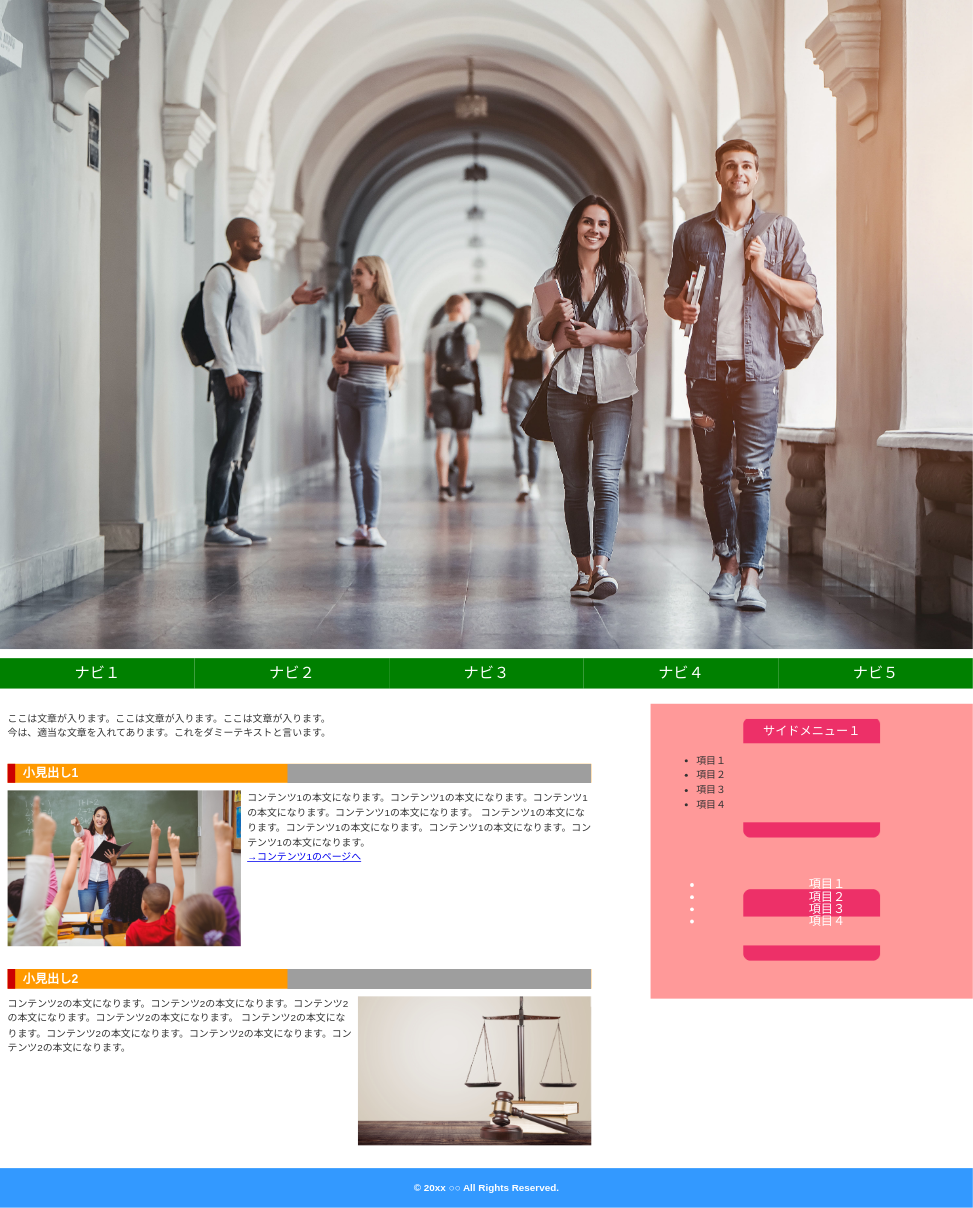
Repository: Takumi-Sashiki/samurai_HTML-CSS
Page: samurai/home.html
The author's editor kept a record of every edit. The page is drawn from the files as they stood at one moment, then again after the next edit.
The browser window is 1280 px wide. The pictures show the whole page, at 76% of full size.
Pictures or frames that could not be fetched are drawn as grey boxes.

Above is the page before.

### samurai/home.html
<!DOCTYPE html>
<html long="ja">
    <head>
        <meta charset="UTF-8">
        <title>HTML/CSSの学習</title>
        <link rel="stylesheet" href="stylesheet.css">
    </head>
    <body>
        <div id="header">
            <h1><a href="index.html"><img id="corridor" src="images/corridor.jpg" alt="大学の廊下" /></a></h1>
        </div>
        <div id="wrapper">
            <div id="nav">
                <ul>
                    <li><a href="home.html">ナビ１</a></li>
                    <li><a href="#">ナビ２</a></li>
                    <li><a href="#">ナビ３</a></li>
                    <li><a href="#">ナビ４</a></li>
                    <li><a href="#">ナビ５</a></li>
                </ul>
            </div>
            <div id="container">
                <div id="main">
                    <div class="post">
                        <p>ここは文章が入ります。ここは文章が入ります。ここは文章が入ります。<br />今は、適当な文章を入れてあります。これをダミーテキストと言います。</p>
                    </div>
                    <div class="post clearfix">
                        <h2>小見出し1</h2>
                        <img class="left" src="images/classroom.jpg" alt="授業風景" />
                        <p>
                            コンテンツ1の本文になります。コンテンツ1の本文になります。コンテンツ1の本文になります。コンテンツ1の本文になります。
                            コンテンツ1の本文になります。コンテンツ1の本文になります。コンテンツ1の本文になります。コンテンツ1の本文になります。
                        </p>
                        <p><a href="#">→コンテンツ1のページへ</a></p>
                    </div>
                    <div class="post clearfix">
                        <h2>小見出し2</h2>
                        <img class="right" src="images/scale.jpg" alt="天秤" />
                        <p>
                            コンテンツ2の本文になります。コンテンツ2の本文になります。コンテンツ2の本文になります。コンテンツ2の本文になります。
                            コンテンツ2の本文になります。コンテンツ2の本文になります。コンテンツ2の本文になります。コンテンツ2の本文になります。
                        </p>
                    </div>
                </div>
            </div>
            <div id ="side">
                <div class="box">
                    <h2>サイドメニュー１</h2>
                    <div class="boxbody">
                        <ul>
                            <li>項目１</li>
                            <li>項目２</li>
                            <li>項目３</li>
                            <li>項目４</li>
                        </ul>
                    </div>
                </div>
                <div class="box">
                    <h2>
                        <div class="boxbody">
                            <ul>
                                <li>項目１</li>
                                <li>項目２</li>
                                <li>項目３</li>
                                <li>項目４</li>
                            </ul>
                        </div>
                </div>
            </div>
        </div>
        <div id="footer">
            <p>&copy; 20xx ○○ All Rights Reserved.</p>
        </div>
    </body>
</html>

### samurai/stylesheet.css
@charset "utf-8";

body {
	margin: 0;
	padding: 0;
	font-family: "ヒラギノ角ゴ Pro W3", "Hiragino Kaku Gothic Pro", "メイリオ", Meiryo, Osaka, "ＭＳ Ｐゴシック", "MS PGothic", sans-serif;
	color: #333;
	font-size: 13px;
	line-height: 150%;
}

/* -------------------- wrapper -------------------- */
#wrapper {
	width: 100%;
	margin: auto;
	padding: 0px;
	border: 0px;
	background-color: #FFF;
	top: 10px;
	position: relative;
}

  /*-----header------*/
#header {
  	width: 100%;
}
#header h1 {
  	margin: 0;
  	padding: 0;
}

#corridor {
  	width: 100%;
  	height: auto;
}

  /*------footer------*/
#footer {
  	clear: both;
  	width: 100%;
  	padding: 3px 0 3px 0;
  	background: #39F;
  	color: #FFF;
  	font-weight: bold;
  	text-align: center;
}

/*--------nav------*/
#nav {
	width: 100%;
}
#nav ul {
	display: flex;
	margin: 0;
	padding: 0;
	list-style-type: none;
}
#nav ul li {
	float: left;
	width: 20%;
	text-align: center;
}
#nav ul li a {
	display: block;
	height: 20px;
	margin: 0;
	padding: 10px;
	color: #FFF;
	font-size: 20px;
	text-decoration: none;
	background-color: green;
}

#nav ul li a:hover {
	filter: drop-shadow(10px 10px 10px black);
}

/*--------container-------*/
#container {
	width: 100%;
	margin: auto ;
	padding: auto;
	padding-top: 20px;
	clear: both;
}
/*--------main--------*/
#main {
	float: left;
	width: 60%;
	padding: 10Px 30px 10px 10px;
}
#main h2 {
	margin: 0 0 10px 0;
	padding: 3px 10px 3px 10px;
	color: #FFF;
	font-size: 16px;
	border-left: solid 10px #C00;
	background: #F90 url(../images/main_h2.jpg) right top repeat-y;
}
#main p {
	margin: 0;
	padding: 0;
}
#main .post {
	margin: 0 0 30px 0;
}

#main .post img.right {
	margin: 0 0 0 8px;
}
#main .post img.left {
	margin: 0 8px 0 0;
}

.right {
	float: right;
	width: 40%;
	height: auto;
}
.left {
	float: left;
	width: 40%;
	height: auto;
}

/* -------------------- clearfix -------------------- */
.clearfix {
	zoom: 1;
}
.clearfix:after {
	 content: "";
	 display: block;
	 clear: both;
 }

 /*------------side--------*/
 #side {
 	float: right;
 	width: 30%;
 	padding: 20px;
 	background-color: #F99;
 }
 #side .box {
 	margin: 0 auto 30px auto;
 	padding: 0 0 20px 0;
 	background: url(images/side_box.png) bottom no-repeat;
 }
 #side .box h2 {
 	margin: 0;
 	padding: 8px;
 	text-align: center;
 	color: #fff;
 	font-size: 16px;
 	line-height: 16px;
 	font-weight: normal;
 	background: url(images/side_box_h2.png)  center no-repeat;
 }
#side .box .boxBody {
	padding: 8px;
	border-right: solid 1px #C36;
	border-bottom: solid 1px #C36;
	border-left: solid 1px #C36;
	background: #fff;
}
#side .box .boxBody ul {
	margin: 0 0 16px 0;
	padding: 0;
}
#side .box .boxBody ul li {
	padding: 8px 0 8px 4px;
	list-style: none;
	border-bottom: solid 1px #C36;
}

#side .box .boxBody ul li:hover {
	padding: 8px 0 8px 4px;
	list-style: none;
	border-bottom: solid 1px #C36;
	box-shadow: 0 4px 4px rgba(0, 0, 0, 0.3);
}

After the next edit:
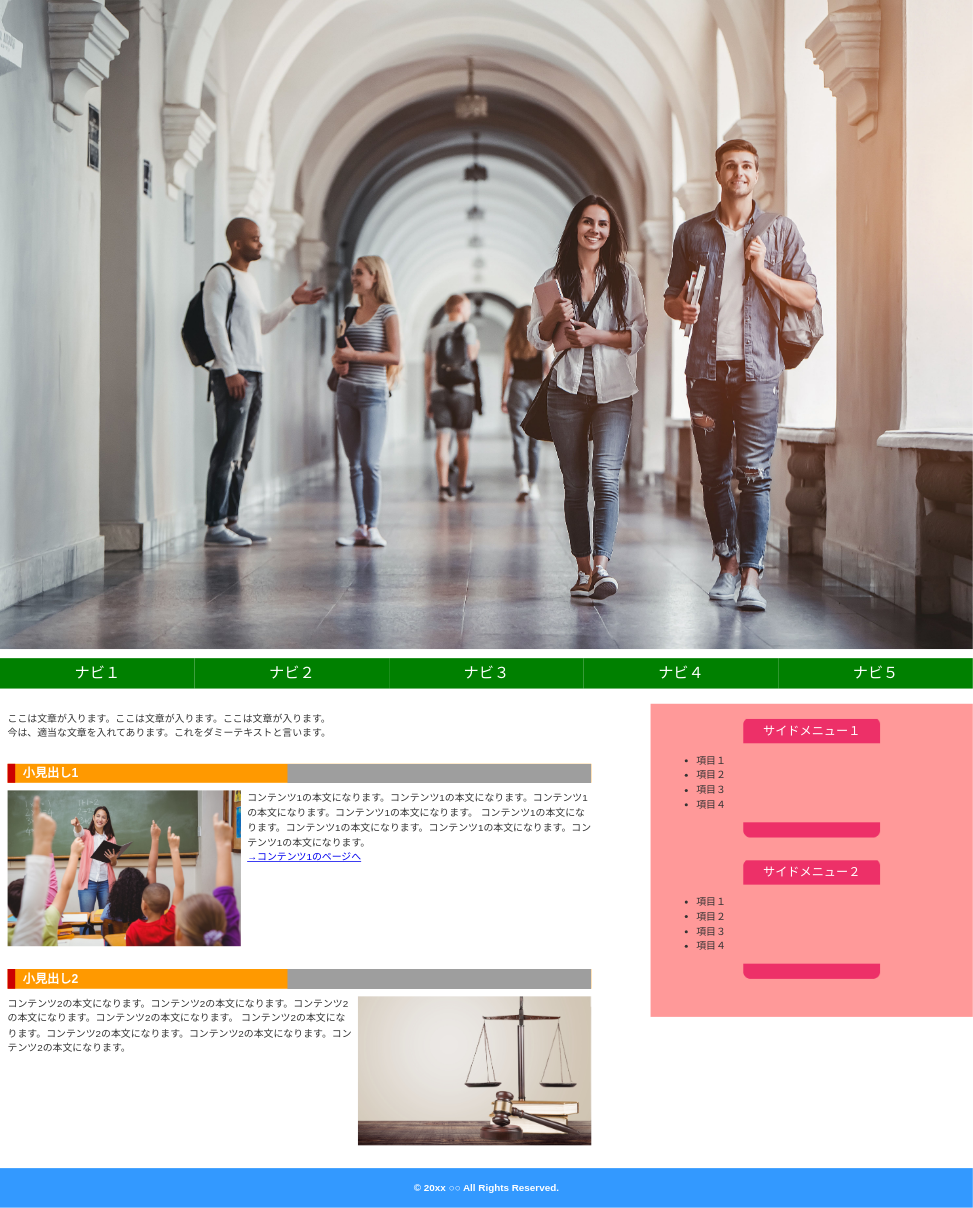
The edit:
--- a/samurai/home.html
+++ b/samurai/home.html
@@ -56,15 +56,15 @@
                     </div>
                 </div>
                 <div class="box">
-                    <h2>
-                        <div class="boxbody">
-                            <ul>
-                                <li>項目１</li>
-                                <li>項目２</li>
-                                <li>項目３</li>
-                                <li>項目４</li>
-                            </ul>
-                        </div>
+                    <h2>サイドメニュー２</h2>
+                    <div class="boxbody">
+                        <ul>
+                            <li>項目１</li>
+                            <li>項目２</li>
+                            <li>項目３</li>
+                            <li>項目４</li>
+                        </ul>
+                    </div>
                 </div>
             </div>
         </div>
